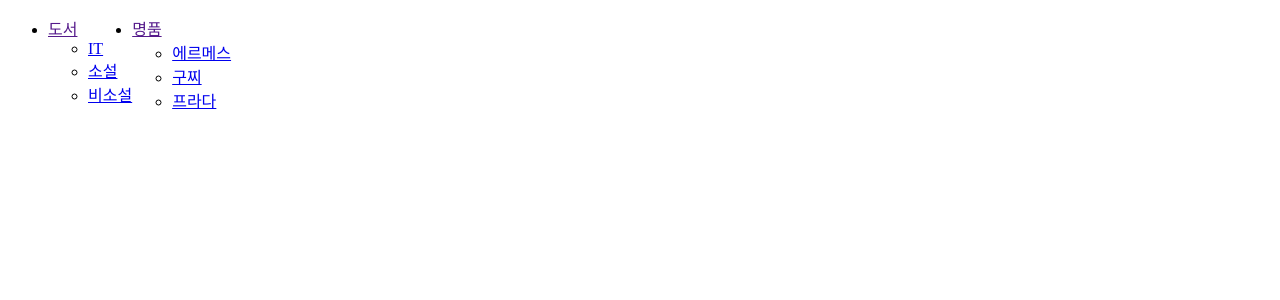
Repository: Shinhan1/shinhan
Page: http://localhost/web_goott/w20200324/jQueryEx14.jsp
The author's editor kept a copy of each file at every save. The page is drawn from the files as they stood at one save, then again after the next save.
The browser window is 1280 px wide. The pictures show the whole page.
The page is served by Tomcat 9.

Above is the page before, as saved 2020-03-24 05:59:03.

After the next save:
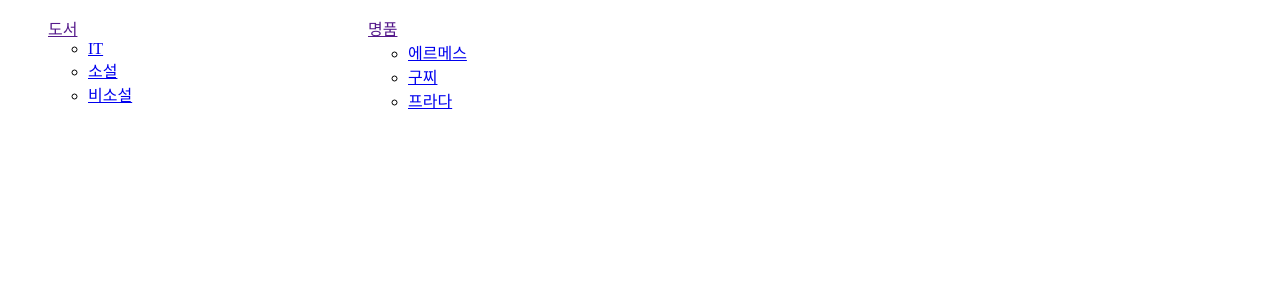
Saved 31 s later.
--- a/web_goott/WebContent/w20200324/jQueryEx14.jsp
+++ b/web_goott/WebContent/w20200324/jQueryEx14.jsp
@@ -8,7 +8,8 @@
 <style type="text/css">
 	.mainmenu{
 		float: left;
-
+		width: 320px;
+		list-style-type: none;
 
 	}
 
